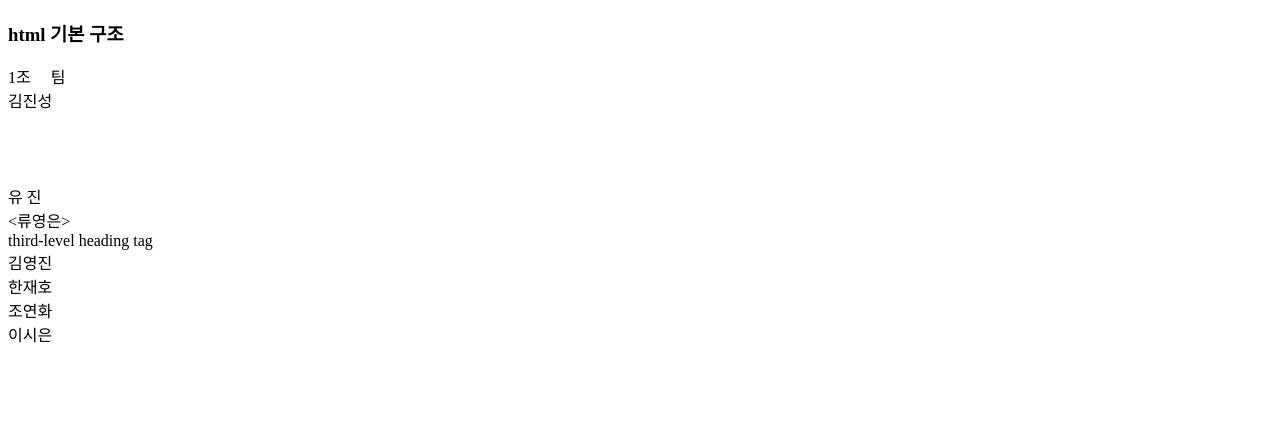
Repository: donggri1/WORKSPACE
Page: WebClass/webPro/src/main/webapp/html/days02/Ex01.html
An editor plug-in stored every save of this project. The page is shown before and after the next save, followed by the edit.
The browser window is 1280 px wide. The pictures show the whole page.

Above is the page before, as saved 2024-03-25 00:50:00.

After the next save:
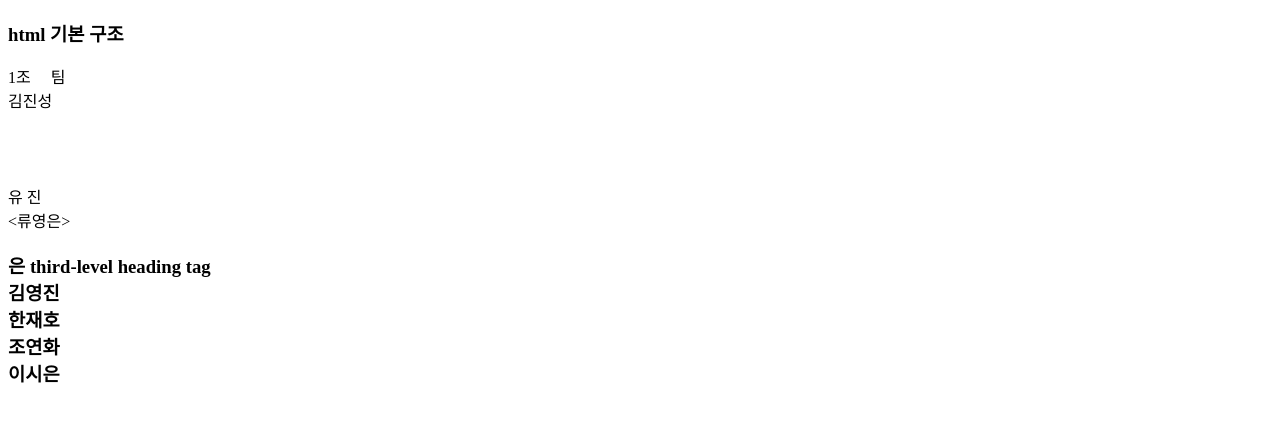
Saved 2 min 30 s later.
--- a/WebClass/webPro/src/main/webapp/html/days02/Ex01.html
+++ b/WebClass/webPro/src/main/webapp/html/days02/Ex01.html
@@ -52,7 +52,7 @@
 		김진성<br><br><br><br><br>
 		유					진<br>
 		<류영은><br>
-		<hr3>third-level heading tag<br>
+		<h3>은 third-level heading tag<br>
 		김영진<br>
 		한재호<br>
 		조연화<br>
